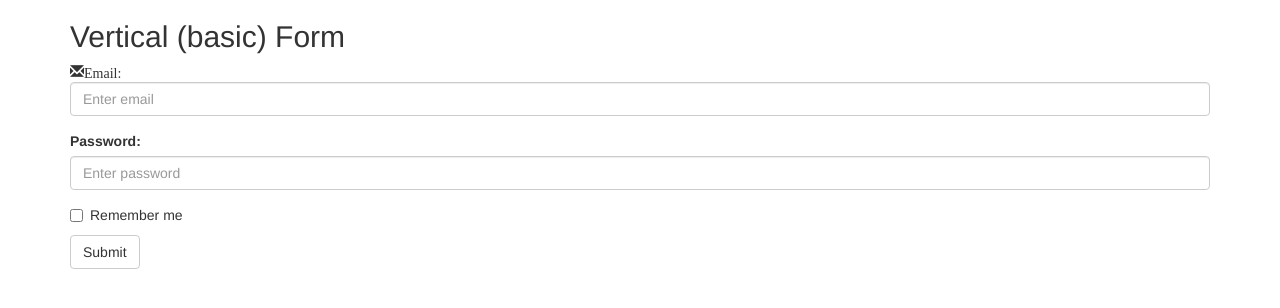
Repository: mrahulbisht/Wheelskart-Project
Page: http://localhost/WheelskartFrontEnd/LoginPage
An editor plug-in stored every save of this project. The page is shown before and after the next save, followed by the edit.
The browser window is 1280 px wide. The pictures show the whole page.
Some web libraries are served in a nearby version. The page is served by Tomcat 9. Other server files are loaded and not shown.

Above is the page before, as saved 2017-04-17 09:37:01.

### project/WheelskartFrontEnd/src/main/webapp/WEB-INF/views/Login.jsp
<%@ page language="java" contentType="text/html; charset=ISO-8859-1"
    pageEncoding="ISO-8859-1"%>
<!DOCTYPE html PUBLIC "-//W3C//DTD HTML 4.01 Transitional//EN" "http://www.w3.org/TR/html4/loose.dtd">
<html>
<head>
<meta http-equiv="Content-Type" content="text/html; charset=ISO-8859-1">
<meta name="viewport" content="width=device-width, initial-scale=1">
  <link rel="stylesheet" href="https://maxcdn.bootstrapcdn.com/bootstrap/3.3.7/css/bootstrap.min.css">
  <script src="https://ajax.googleapis.com/ajax/libs/jquery/3.2.0/jquery.min.js"></script>
  <script src="https://maxcdn.bootstrapcdn.com/bootstrap/3.3.7/js/bootstrap.min.js"></script>
<title>Login Page</title>
</head>
<body>
<div class="container">
  <h2>Vertical (basic) Form</h2>
  <form>
    <div class="form-group">
      <label for="email"><span class="glyphicon glyphicon-envelope">Email:</label>
      <input type="email" class="form-control" id="email" placeholder="Enter email">
    </div>
    <div class="form-group">
      <label for="pwd">Password:</label>
      <input type="password" class="form-control" id="pwd" placeholder="Enter password">
    </div>
    <div class="checkbox">
      <label><input type="checkbox"> Remember me</label>
    </div>
    <button type="submit" class="btn btn-default">Submit</button>
  </form>
</div>

</body>
</html>

After the next save:
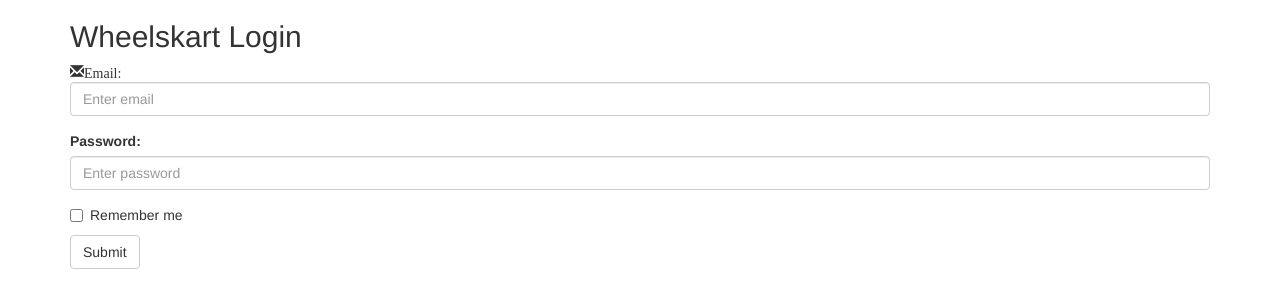
Saved 36 s later.
--- a/project/WheelskartFrontEnd/src/main/webapp/WEB-INF/views/Login.jsp
+++ b/project/WheelskartFrontEnd/src/main/webapp/WEB-INF/views/Login.jsp
@@ -12,7 +12,7 @@
 </head>
 <body>
 <div class="container">
-  <h2>Vertical (basic) Form</h2>
+  <h2>Wheelskart Login</h2>
   <form>
     <div class="form-group">
       <label for="email"><span class="glyphicon glyphicon-envelope">Email:</label>
